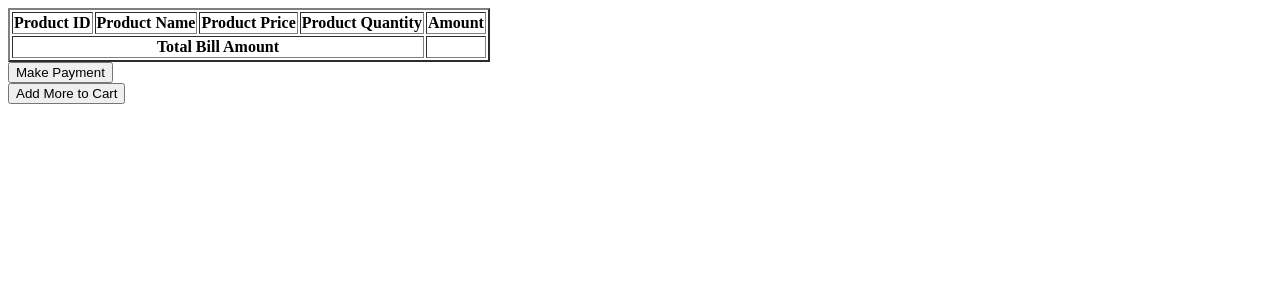
Repository: devgpta19/CDAC-Assignments
Page: http://localhost/ProductsAndUsersUsingJSPAndServlet/ShowCart.jsp
An editor plug-in stored every save of this project. The page is shown before and after the next save, followed by the edit.
The browser window is 1280 px wide. The pictures show the whole page.
The page is served by Tomcat 9. The template is opened directly, without the code that normally fills it, so the values that code supplies are empty.

Above is the page before, as saved 2025-11-28 13:20:31.

After the next save:
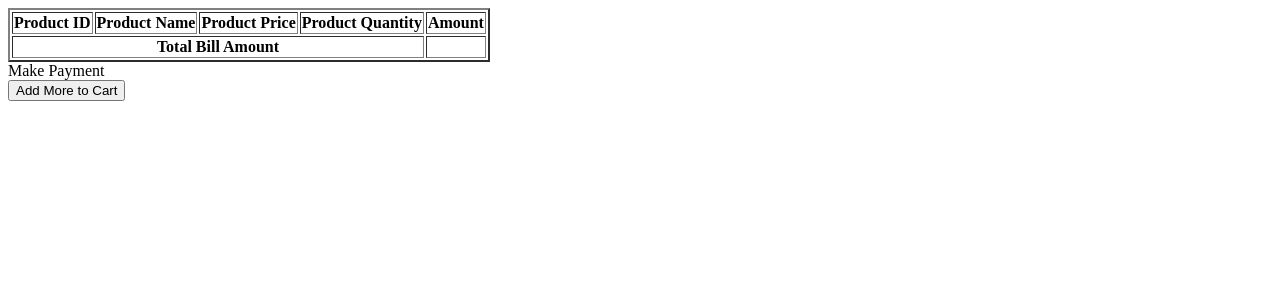
Saved 14 s later.
--- a/Adv.Java/Day6-8/ProductsAndUsersUsingJSPAndServlet/src/main/webapp/ShowCart.jsp
+++ b/Adv.Java/Day6-8/ProductsAndUsersUsingJSPAndServlet/src/main/webapp/ShowCart.jsp
@@ -38,7 +38,7 @@
 			</tr>
 		</table>
 
-		<input type="hidden" name="totalAmt" id="totalAmt" />
+		<input type="hidden" name="totalAmt" id="totalAmt" value="/>
 
 		<button type="submit" name="btn" id="btn">Make Payment</button>
 	</form>

After the save that followed:
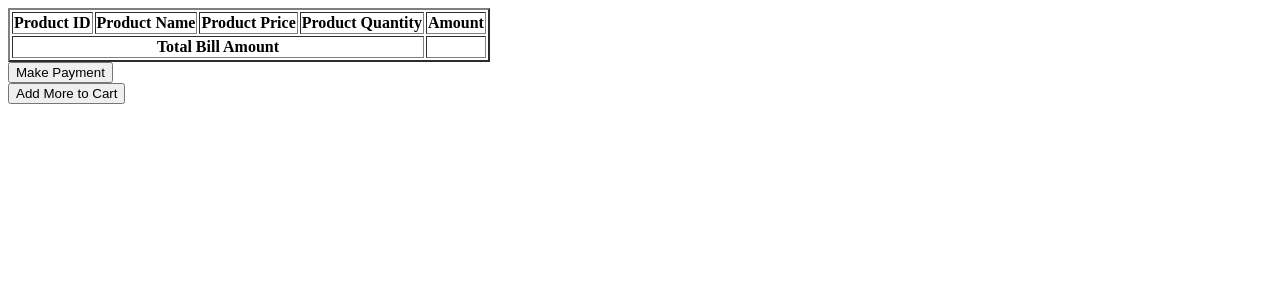
Saved 4 s later.
--- a/Adv.Java/Day6-8/ProductsAndUsersUsingJSPAndServlet/src/main/webapp/ShowCart.jsp
+++ b/Adv.Java/Day6-8/ProductsAndUsersUsingJSPAndServlet/src/main/webapp/ShowCart.jsp
@@ -38,7 +38,7 @@
 			</tr>
 		</table>
 
-		<input type="hidden" name="totalAmt" id="totalAmt" value="/>
+		<input type="hidden" name="totalAmt" id="totalAmt" value="$"/>
 
 		<button type="submit" name="btn" id="btn">Make Payment</button>
 	</form>
